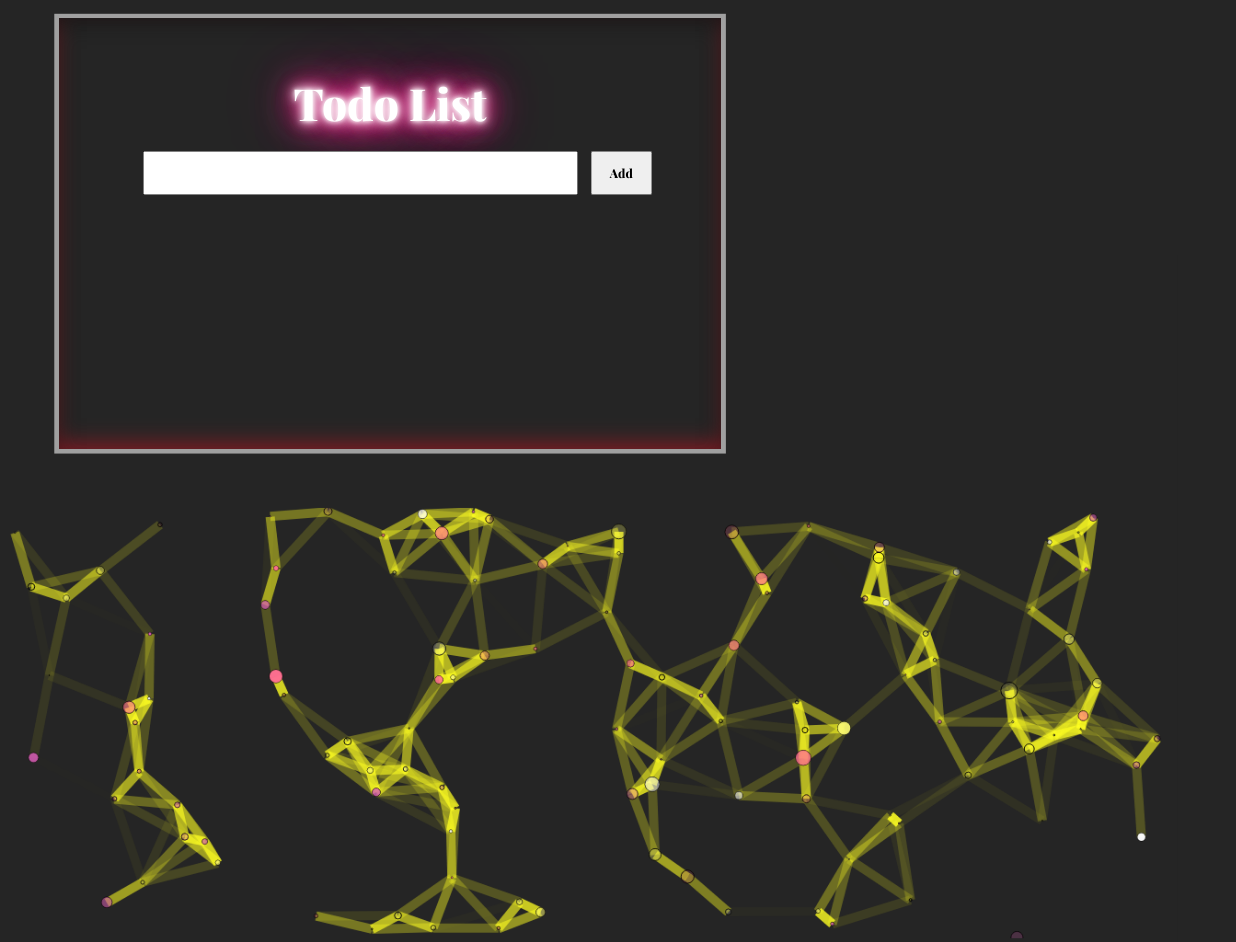
Repository: TENSAEA/----todo
Page: index.html
The author's editor kept a copy of each file at every save. The page is drawn from the files as they stood at one save, then again after the next save.
The browser window is 1280 px wide. The page is 1280 px wide, then 1344 px, so the pictures cover 1344 px, including what lies to the right of the window. The pictures show the whole page, at 92% of full size.
Some web fonts or font styles are not loaded; a fallback is used.

Above is the page before, as saved 2023-10-25 14:33:10.

After the next save:
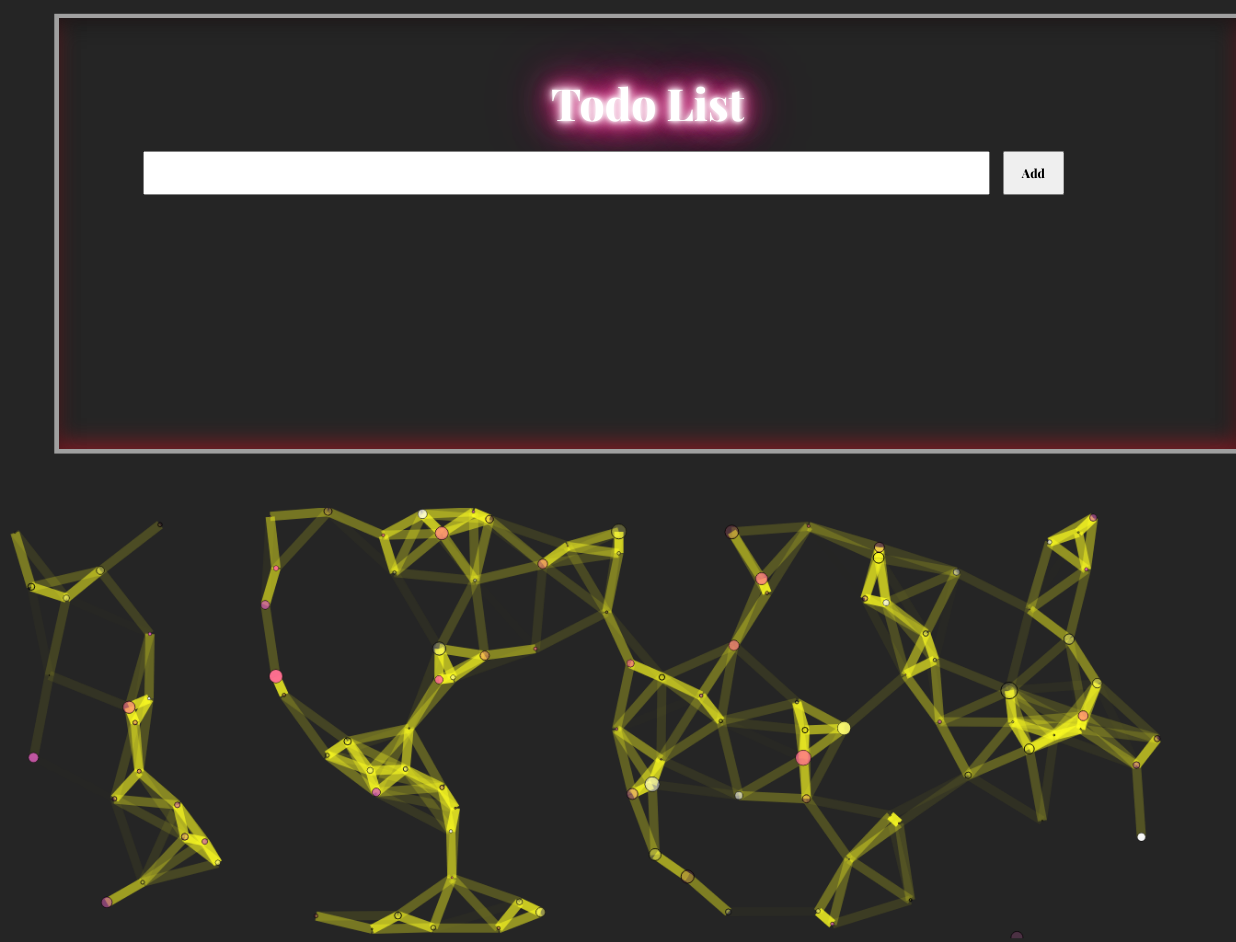
Saved 25 s later.
--- a/style.css
+++ b/style.css
@@ -30,7 +30,7 @@ box-shadow: 0px 0px 0px 5px #A0A0A0, inset 0px 10px 27px -8px #141414, inset 0px
     margin-top:20px;
     flex-grow: 1;
     height: 100%;
-    width:100vh;
+    width:100%;
 }
 
 .container h1{
